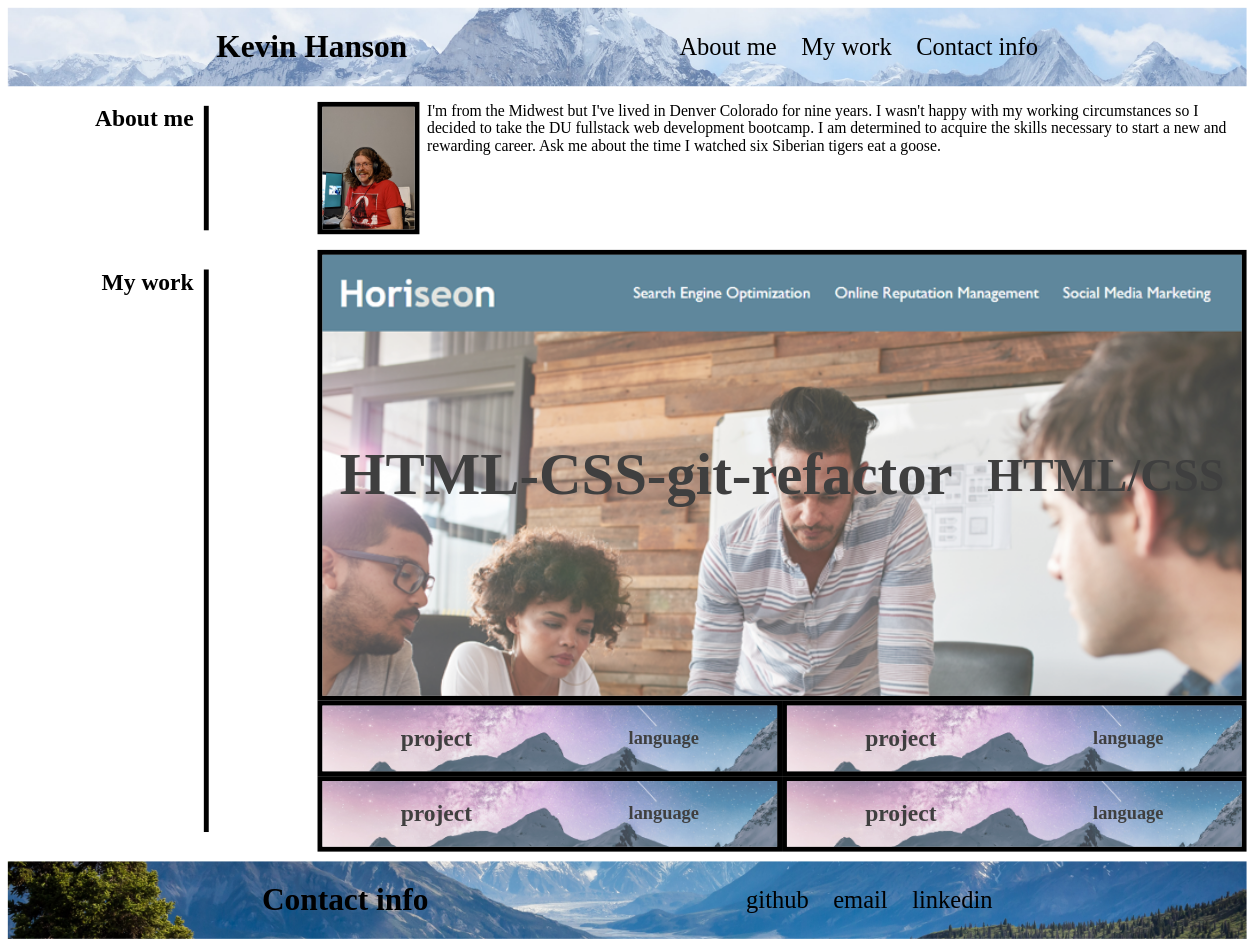
Repository: ziffoit/Projects-Portfolio
Page: index.html
These files come from the project's save history. The page is drawn as it stood at one moment and after the next save; the edit follows.
The browser window is 1280 px wide. The pictures show the whole page, at 98% of full size.

Above is the page before, as saved 2021-04-09 10:12:45.

### index.html
<!DOCTYPE html>
<html lang="en">
  <head>
    <meta charset="UTF-8" />
    <meta name="viewport" content="width=device-width, initial-scale=1.0" />
    <link rel="stylesheet" href="Assets/css/reset.css" />
    <link rel="stylesheet" href="Assets/css/style.css" />
    <title>Kevin Hanson's portfolio</title>
  </head>
  <body>
    <header>
      <h1>Kevin Hanson</h1>
      <ul class="list">
        <li><a href="#About-me">About me</a></li>
        <li><a href="#My-work">My work</a></li>
        <li><a href="#Contact-info">Contact info</a></li>
      </ul>
    </header>
    <main>
      <section id="About-me" class="main">
        <h2>About me</h2>
        <div>
          <p>
            <img
              src="./Assets/PXL_20210210_011935753.MP.jpg"
              alt="GOJIRA! Also me."
            />

            I'm from the Midwest but I've lived in Denver Colorado for nine
            years. I wasn't happy with my working circumstances so I decided to
            take the DU fullstack web development bootcamp. I am determined to
            acquire the skills necessary to start a new and rewarding career.
            Ask me about the time I watched six Siberian tigers eat a goose.
          </p>
        </div>
      </section>
      <section id="My-work" class="main">
        <h2>My work</h2>
        <div class="flex-container">
          <a
            class="flex-item"
            href="https://github.com/ziffoit/concerts-in-covid"
            target="_blank"
          >
            <section class="card" id="main-project">
              <h2>HTML-CSS-git-refactor</h2>
              <h3>HTML/CSS</h3>
            </section>
          </a>
          <a class="flex-item" href="">
            <section class="card">
              <h2>project</h2>
              <h3>language</h3>
            </section>
          </a>

          <a class="flex-item" href="">
            <section class="card">
              <h2>project</h2>
              <h3>language</h3>
            </section>
          </a>

          <a class="flex-item" href="">
            <section class="card">
              <h2>project</h2>
              <h3>language</h3>
            </section>
          </a>

          <a class="flex-item" href="">
            <section class="card">
              <h2>project</h2>
              <h3>language</h3>
            </section>
          </a>
        </div>
      </section>
    </main>
    <footer id="Contact-info">
      <h1>Contact info</h1>
      <ul class="list">
        <li><a target="_blank" href="https://github.com/ziffoit">github</a></li>
        <li><a target="_blank" href="mailto:ziffoit@gmail.com">email</a></li>
        <li>
          <a
            target="_blank"
            href="https://www.linkedin.com/in/kevin-hanson-516598202/"
            >linkedin</a
          >
        </li>
      </ul>
    </footer>
  </body>
</html>

### Assets/css/style.css
body {
  min-width: 320px;
}
/* header with background image */
header {
  display: flex;
  flex-wrap: wrap;
  justify-content: space-evenly;
  background-image: url("../rohit-tandon-9wg5jCEPBsw-unsplash.jpg");
  background-size: cover;
  background-position: center;
}

/* instead of nav bar */
.list {
  display: flex;
  flex-wrap: wrap;
  list-style: none;
  padding-top: 10px;
}

header a {
  color: black;
  font-size: 25px;
  margin-left: 25px;
}

/* no underline */
a {
  text-decoration: none;
}

/* seperating the main */
.main {
  display: flex;
  flex-direction: row;
  flex-wrap: wrap;
  justify-content: space-between;
  align-items: stretch;
}

/* just the h2 in main */
.main > h2 {
  flex: 0 0 15%;
  text-align: right;
  border-right: 5px solid black;
  padding-right: 10px;
}

.main div {
  flex: 0 0 75%;
}

/* my picture in about me */
img {
  height: 125px;
  margin-right: 8px;
  display: inline-block;
  border: 5px solid black;
}

.main div p {
  display: inline-flex;
}

.flex-container {
  display: flex;
  justify-content: center;
  flex-wrap: wrap;
}

/* project styling */
#main-project {
  background-image: url("../01-html-css-git-homework-demo\ copy.png");
  background-size: cover;
  background-position: top;
  display: flex;
  width: 100%;
  height: 100%;
  align-items: center;
  justify-content: space-around;
  color: black;
  font-size: 40px;
}

/* all cards */
.flex-item {
  display: flex;
  align-items: flex-end;
  flex-basis: calc(50% - 10px);
  border: 5px solid black;
}

/* just the big project */
.flex-item:first-child {
  flex-basis: 100%;
  min-height: 450px;
}

/* all other projects */
.card {
  background-image: url("../benjamin-voros-phIFdC6lA4E-unsplash.jpg");
  background-size: cover;
  background-position: center;
  display: flex;
  width: 100%;
  height: 100%;
  align-items: center;
  justify-content: space-around;
  color: black;
  opacity: 0.75;
}

/* visual style */
.card:hover {
  opacity: 1;
}

/* footer with background image */
footer {
  display: flex;
  flex-wrap: wrap;
  justify-content: space-evenly;
  background-image: url("../kalen-emsley-Bkci_8qcdvQ-unsplash.jpg");
  background-size: cover;
  background-position: center;
  margin-top: 10px;
}

footer a {
  color: black;
  font-size: 25px;
  margin-left: 25px;
}

/* screen responsiveness */
@media screen and (max-width: 992px) {
  .card {
    width: 50%;
  }
}

@media screen and (max-width: 768px) {
  .card {
    width: 100%;
  }
}

Loaded but not shown: Assets/css/reset.css (no stored copy; drawn as an empty file)

After the next save:
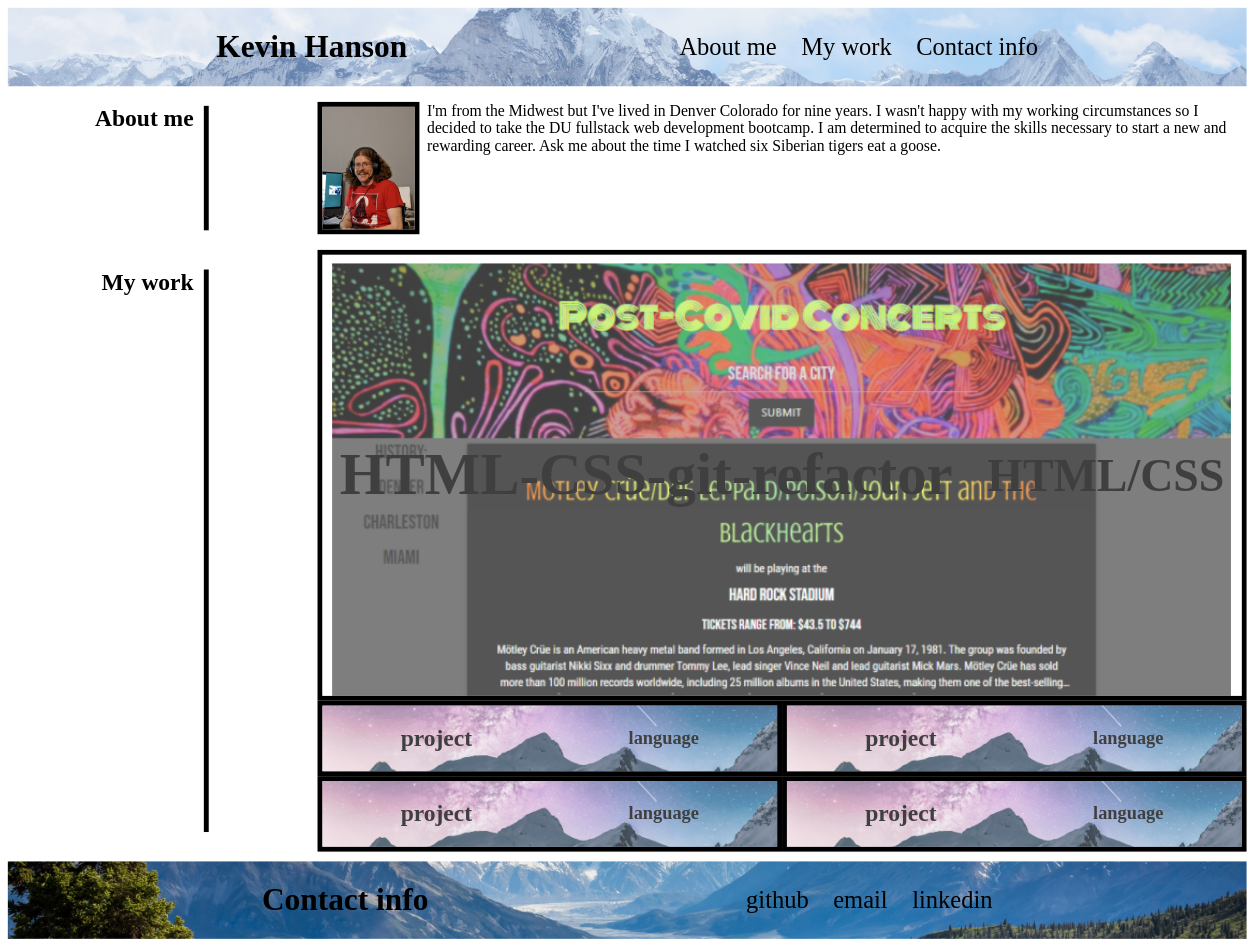
Saved 6 min 29 s later.
--- a/Assets/css/style.css
+++ b/Assets/css/style.css
@@ -71,7 +71,7 @@
 
 /* project styling */
 #main-project {
-  background-image: url("../01-html-css-git-homework-demo\ copy.png");
+  background-image: url("../concertApp.png");
   background-size: cover;
   background-position: top;
   display: flex;
